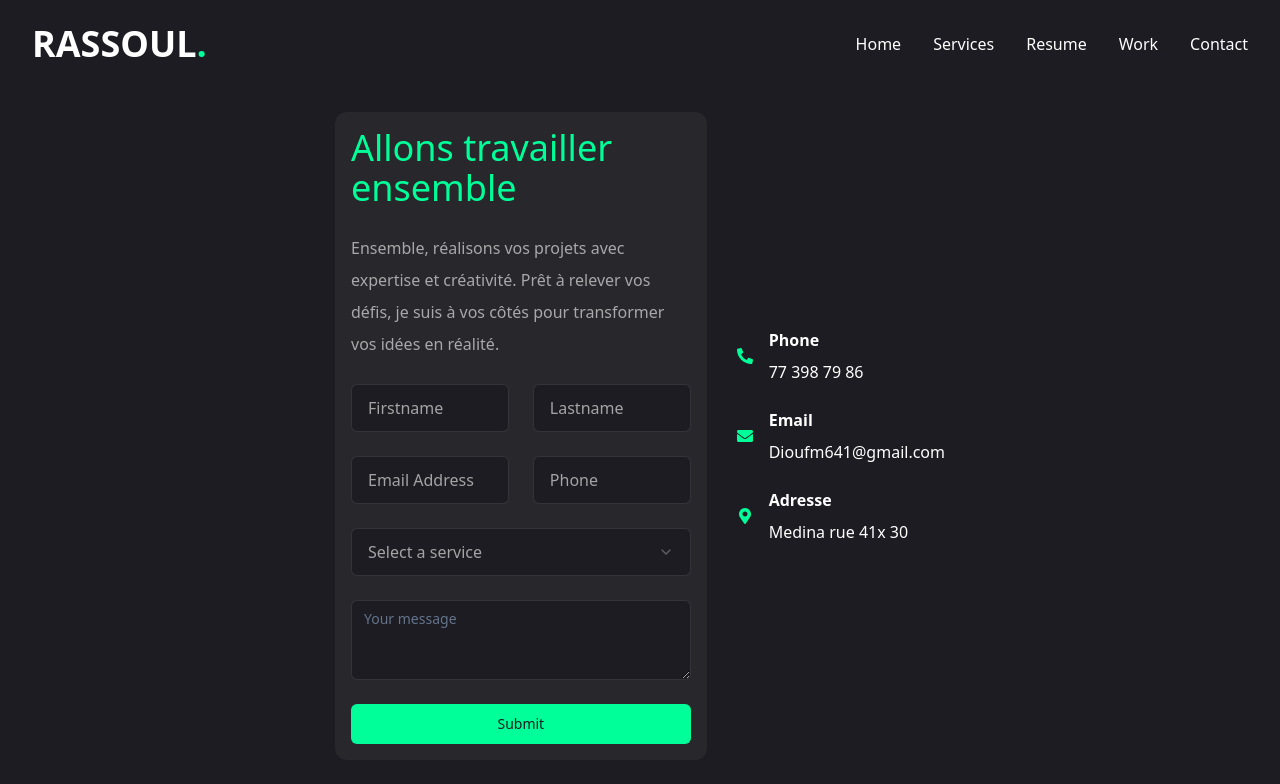
Repository: MDiouf9/portfolio2
Page: /contact
These files come from the project's save history. The page is drawn as it stood at one moment and after a run of saves; the edit follows.
The browser window is 1280 px wide. The pictures show the whole page.
The project was rebuilt for these pictures with package versions that can differ from the ones it lists, and the page was loaded fresh each time. The framework's server and built-in components were replaced by stand-ins that run in the browser. Also part of the build but not shown: next.config.mjs.

Above is the page before, as saved 2024-10-16 00:06:02.

After the next 3 saves:
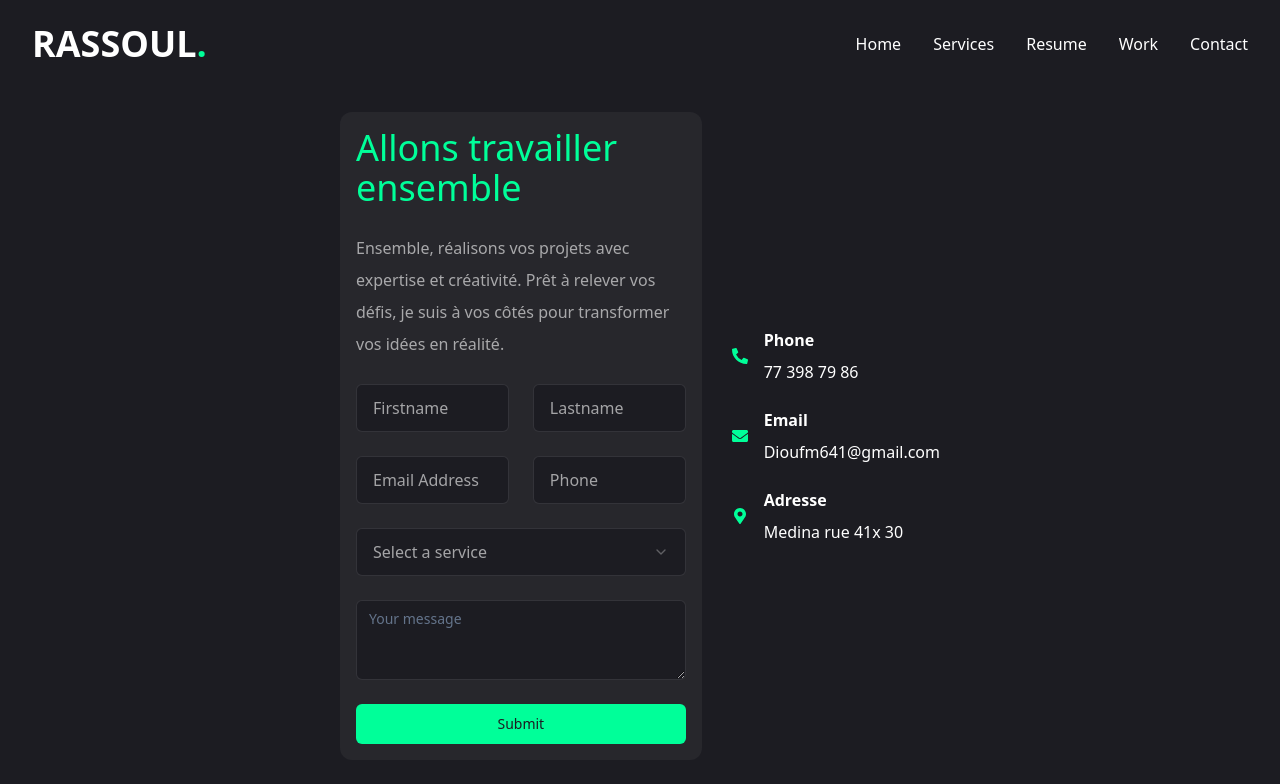
The 3 saves are shown as one change because they came seconds apart.
The last was saved 2 min 48 s later.
--- a/src/app/contact/page.tsx
+++ b/src/app/contact/page.tsx
@@ -42,7 +42,7 @@ const Contact = () => {
       }}
       className="py-6"
     >
-      <div className="container mx-auto">
+      <div className="container mx-auto px-5">
         <div className="flex flex-col   xl:flex-row gap-[30px]">
           {/* Formulaire de contact */}
           <div className="  xl:h-[54%] order-2  xl:order-none ">
